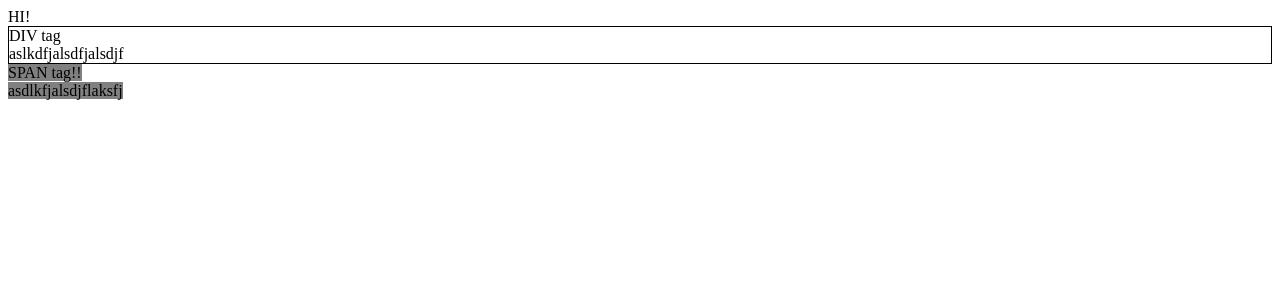
Repository: jihoonys82/weblec
Page: Front/WebContent/Ex01_HTML_tag/tagEx_01.html
An editor plug-in stored every save of this project. The page is shown before and after the next save, followed by the edit.
The browser window is 1280 px wide. The pictures show the whole page.

Above is the page before, as saved 2018-07-23 08:51:24.

After the next save:
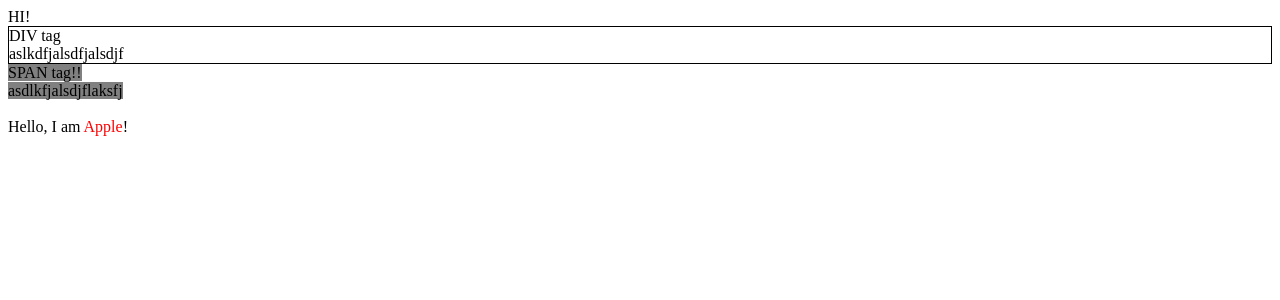
Saved 16 min 45 s later.
--- a/Front/WebContent/Ex01_HTML_tag/tagEx_01.html
+++ b/Front/WebContent/Ex01_HTML_tag/tagEx_01.html
@@ -18,5 +18,9 @@ SPAN tag!! <br />
 asdlkfjalsdjflaksfj
 </span>
 
+<br><br>
+
+<div> Hello, I am <span style="color:red">Apple</span>!</div>
+
 </body>
 </html>
